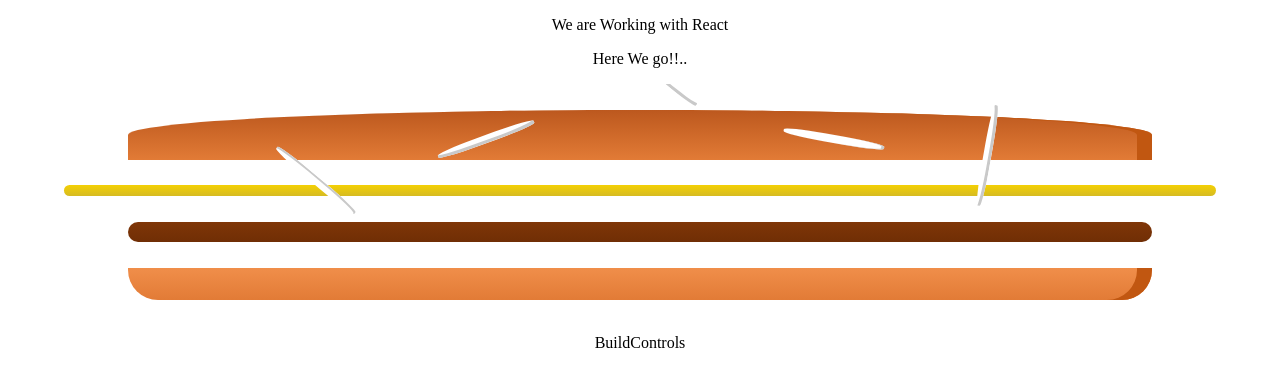
Repository: PiyushRajmsit/React-Burger-Building-App
Page: /
An editor plug-in stored every save of this project. The page is shown before and after the next save, followed by the edit.
The browser window is 1280 px wide. The pictures show the whole page.
The project was rebuilt for these pictures with package versions that can differ from the ones it lists, and the page was loaded fresh each time.

Above is the page before, as saved 2020-06-07 02:44:40.

After the next save:
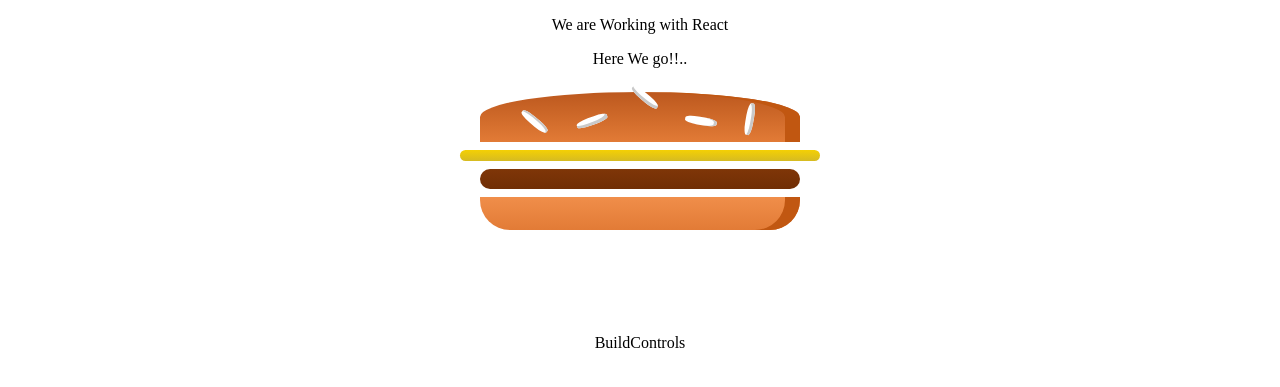
Saved 4 min 46 s later.
--- a/src/components/Burger/Burger.module.css
+++ b/src/components/Burger/Burger.module.css
@@ -1,5 +1,5 @@
 .Burger{
-    width: 100%;
+    width: 400px;
     margin: auto;
     height: 250px;
     text-align: center;

After the save that followed:
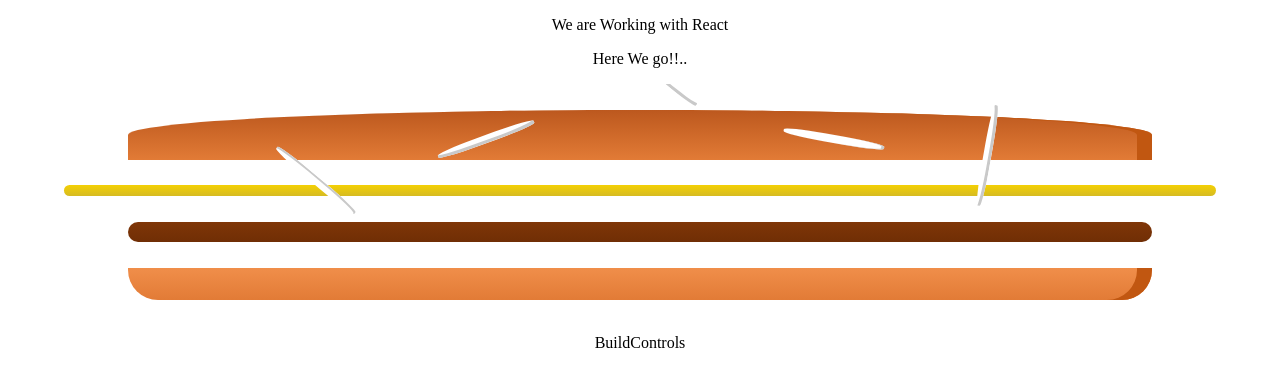
Saved 11 s later.
--- a/src/components/Burger/Burger.module.css
+++ b/src/components/Burger/Burger.module.css
@@ -1,5 +1,5 @@
 .Burger{
-    width: 400px;
+    width: 100%;
     margin: auto;
     height: 250px;
     text-align: center;
